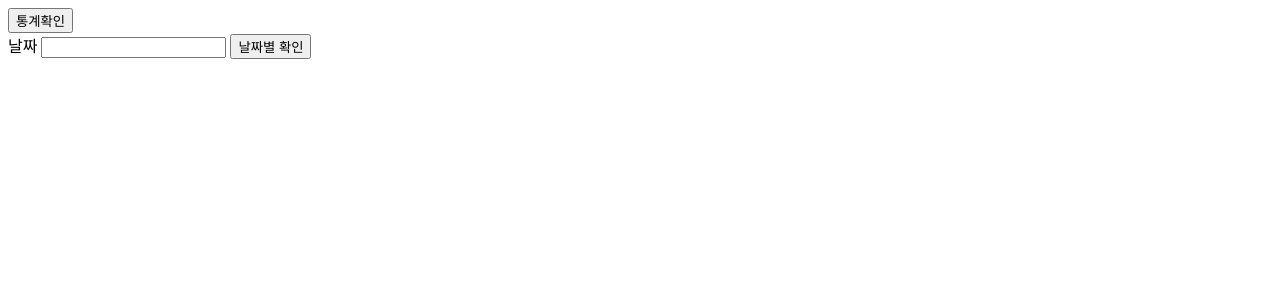
Repository: Hugh-KR/AccountBook
Page: http://localhost/Account_Book/hello.jsp
An editor plug-in stored every save of this project. The page is shown before and after the next save, followed by the edit.
The browser window is 1280 px wide. The pictures show the whole page.
The page is served by Tomcat 9. Nobody is signed in. The application's start-up code is not run.

Above is the page before, as saved 2022-12-02 08:56:32.

After the next save:
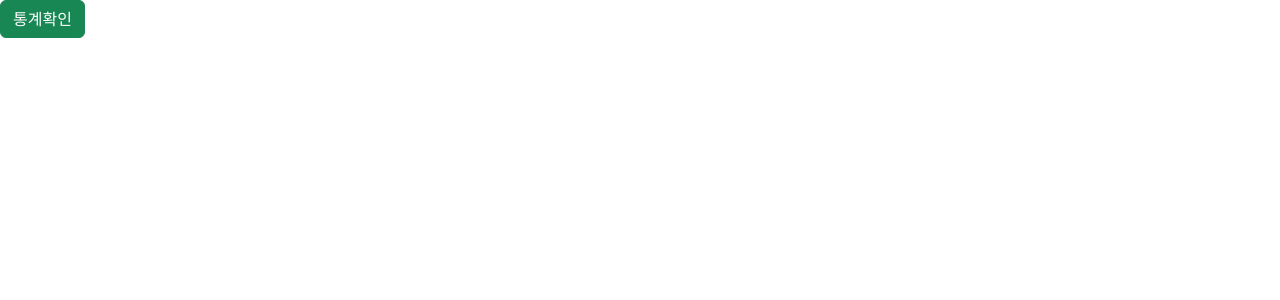
Saved 2 days later.
--- a/Account_Book/src/main/webapp/hello.jsp
+++ b/Account_Book/src/main/webapp/hello.jsp
@@ -4,16 +4,18 @@
 <html>
 <head>
 <meta charset="UTF-8">
-<title>Insert title here</title>
+<title>캘린더조회</title>
+<link href="https://cdn.jsdelivr.net/npm/bootstrap@5.2.3/dist/css/bootstrap.min.css" rel="stylesheet">
+  <script src="https://cdn.jsdelivr.net/npm/bootstrap@5.2.3/dist/js/bootstrap.bundle.min.js"></script>
 </head>
 <body>
 <form action="statistics">
-<button>통계확인</button>
+<button class="btn btn-success">통계확인</button>
 </form>
 
-<form action="daylist">
+<!-- <form action="daylist">
 날짜 <input name="paydate">
-<button>날짜별 확인</button>
-</form>
+<button >날짜별 확인</button>
+</form> -->
 </body>
 </html>
